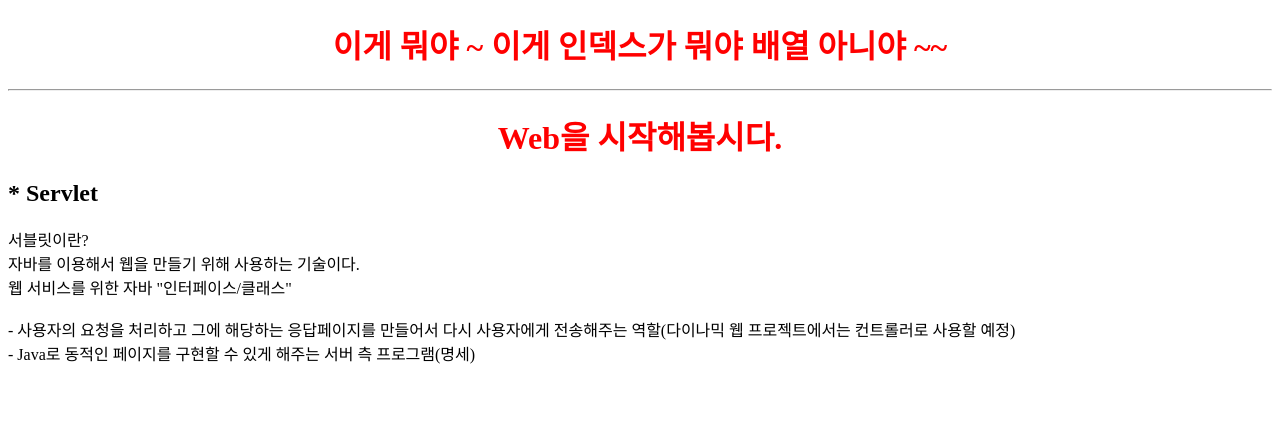
Repository: MiadongDeersfeet/webservice
Page: MyFirstWebProject/src/main/webapp/index.html
An editor plug-in stored every save of this project. The page is shown before and after the next save, followed by the edit.
The browser window is 1280 px wide. The pictures show the whole page.

Above is the page before, as saved 2025-09-22 07:17:17.

After the next save:
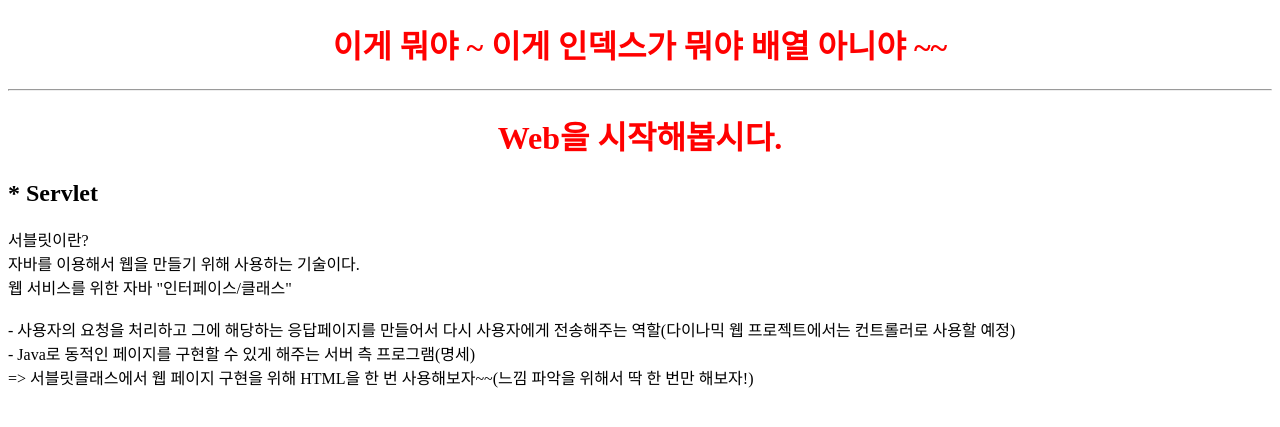
Saved 49 s later.
--- a/MyFirstWebProject/src/main/webapp/index.html
+++ b/MyFirstWebProject/src/main/webapp/index.html
@@ -97,6 +97,8 @@ h1 {
 		- 사용자의 요청을 처리하고 그에 해당하는 응답페이지를 만들어서
 		  다시 사용자에게 전송해주는 역할(다이나믹 웹 프로젝트에서는 컨트롤러로 사용할 예정) <br>
 		- Java로 동적인 페이지를 구현할 수 있게 해주는 서버 측 프로그램(명세) <br>
+
+		=> 서블릿클래스에서 웹 페이지 구현을 위해 HTML을 한 번 사용해보자~~(느낌 파악을 위해서 딱 한 번만 해보자!)
 	</p>
 
 
